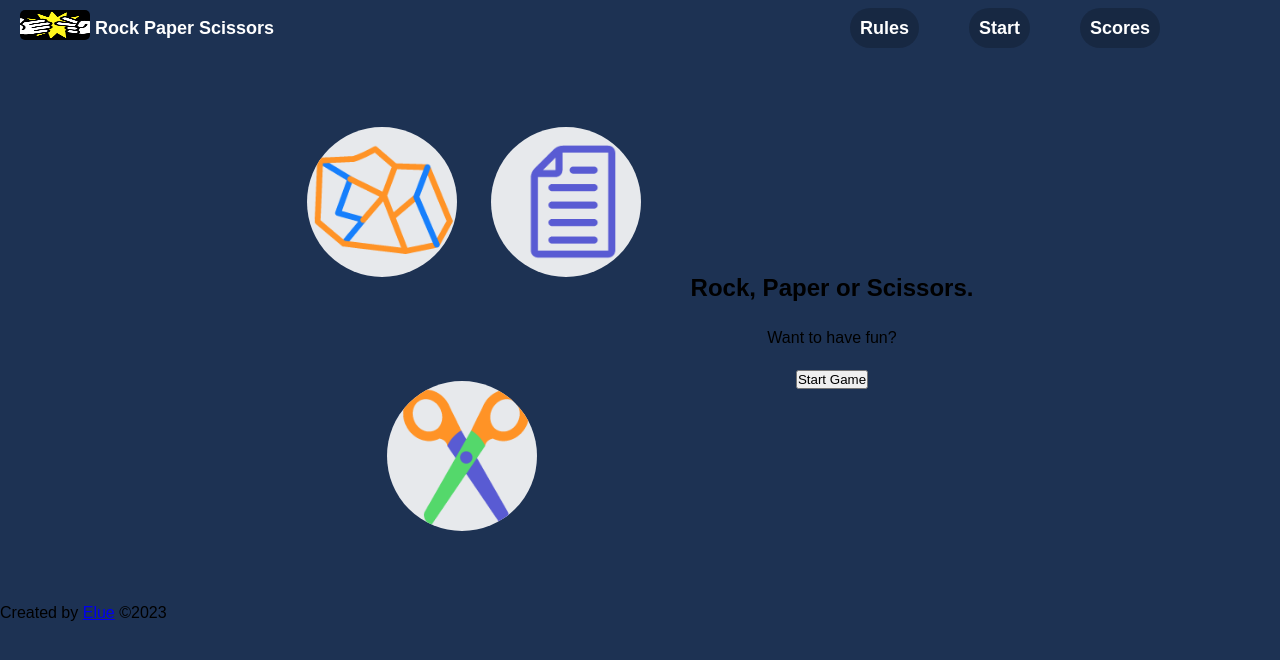
Repository: MikkyPrestige/rock-paper-scissors
Page: index.html
These files come from the project's save history. The page is drawn as it stood at one moment and after the next save; the edit follows.
The browser window is 1280 px wide. The pictures show the whole page.

Above is the page before, as saved 2023-05-08 04:56:07.

After the next save:
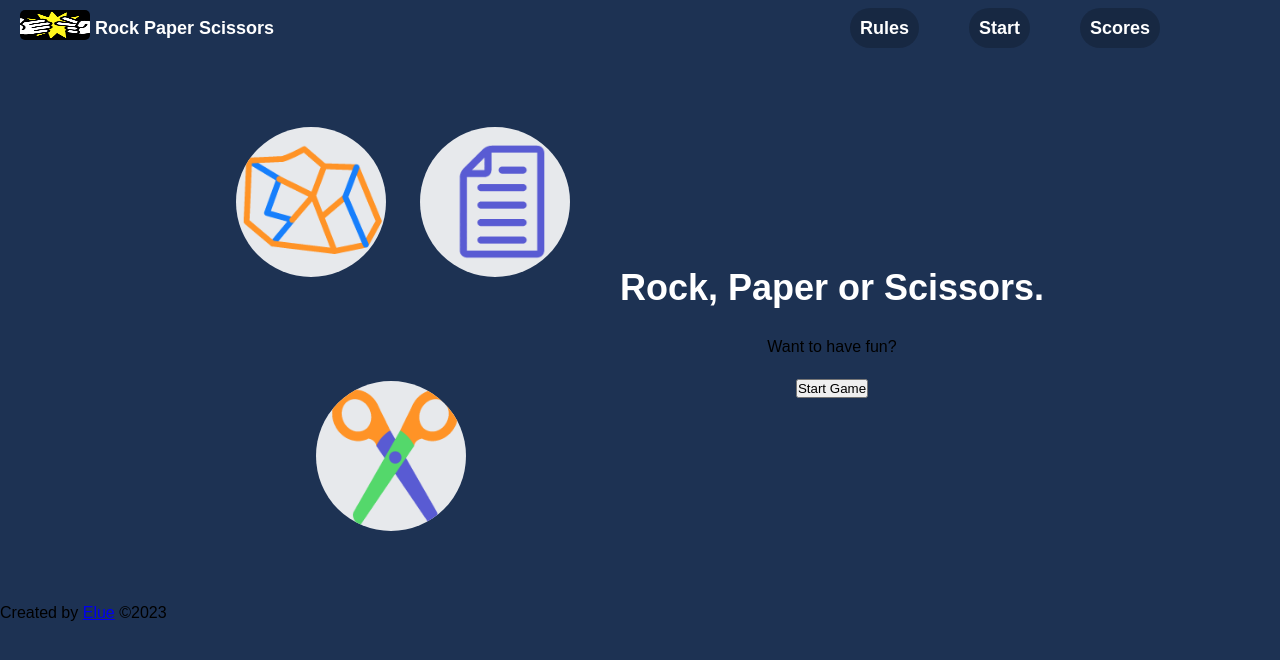
Saved 53 s later.
--- a/index.css
+++ b/index.css
@@ -139,3 +139,9 @@ li a:hover {
   align-items: center;
   gap: 2rem;
 }
+
+h1 {
+  font-size: 3.6rem;
+  font-weight: 600;
+  color: rgba(255, 255, 255, 1);
+}
